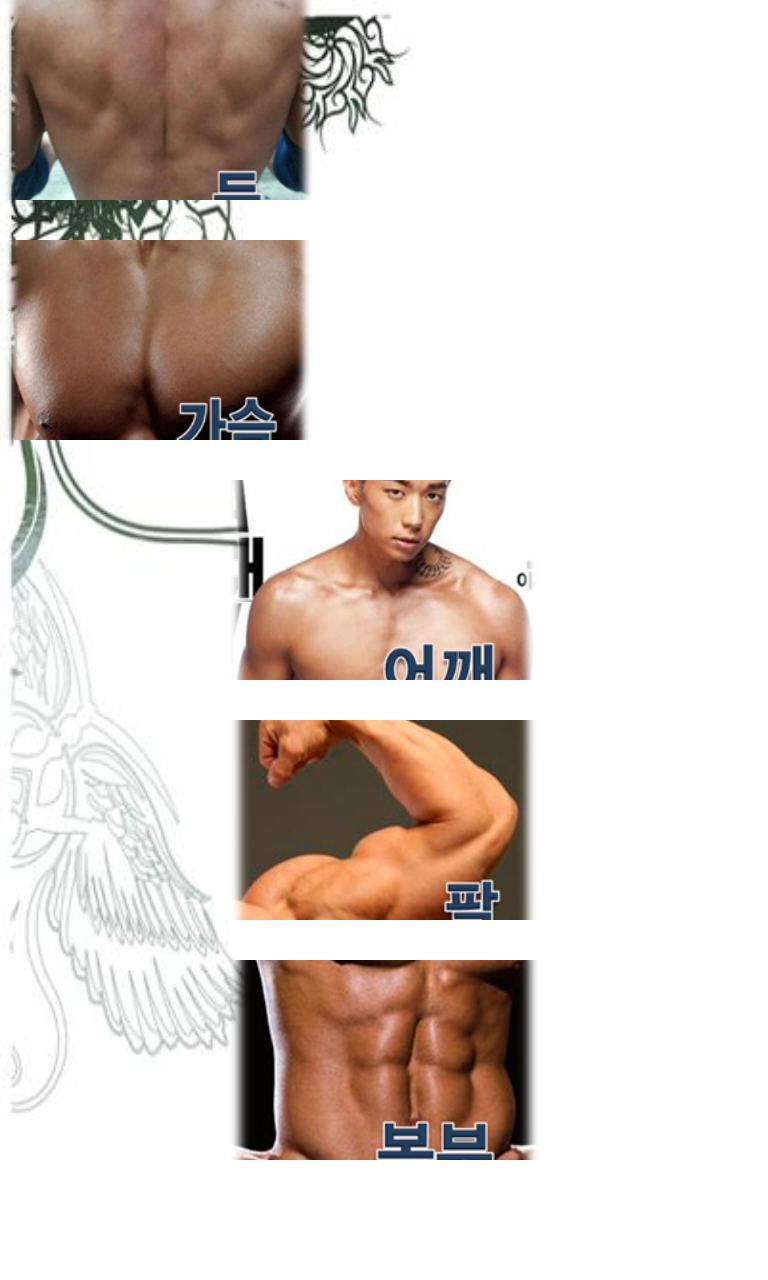
Repository: LewisLim579/2013TeamProject
Layout: PtsApp/res/layout/sangche.xml
The author's editor kept a copy of each file at every save. The layout is drawn from the files as they stood at one save, then again after the next save.
It is drawn on a 768 x 1280 px phone screen (xhdpi) without system bars, with theme android:Theme.NoTitleBar.Fullscreen; the app's code is not run.

Above is the layout before, as saved 2013-05-26 11:51:16.

After the next save:
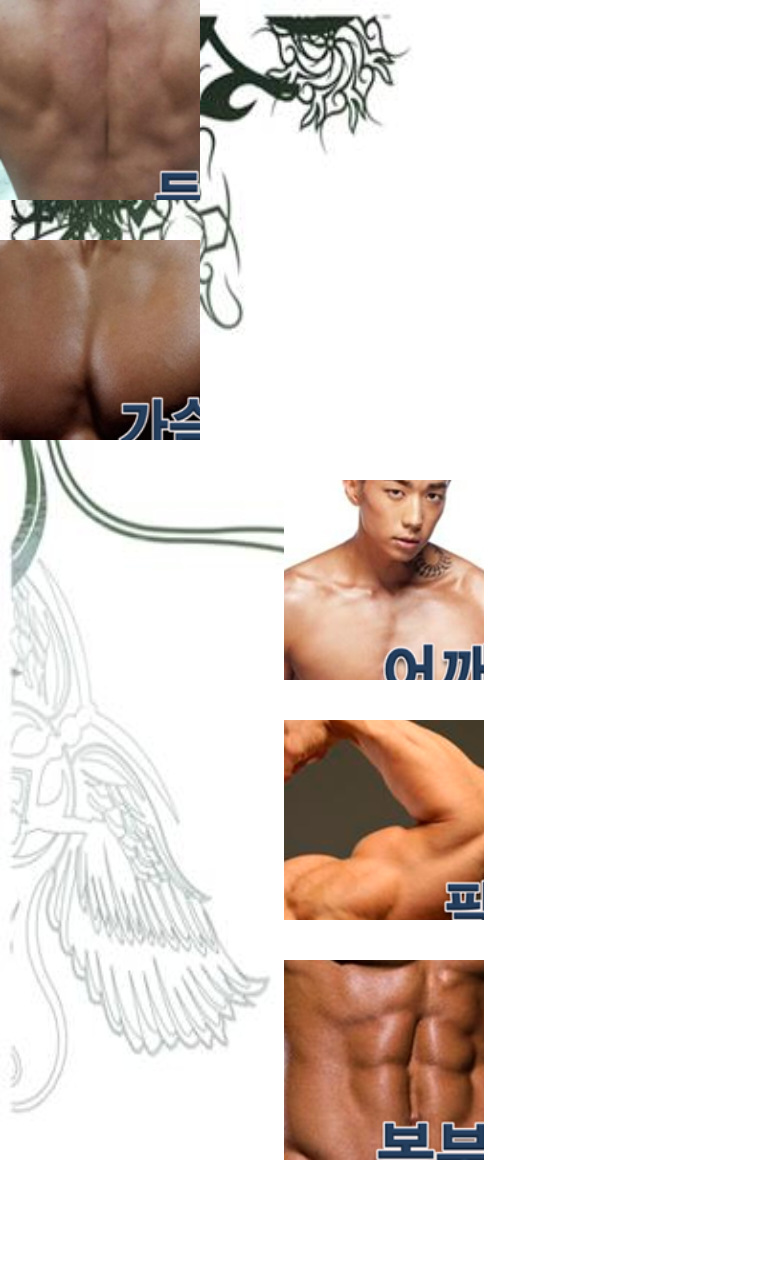
Saved 72 s later.
--- a/PtsApp/res/layout/sangche.xml
+++ b/PtsApp/res/layout/sangche.xml
@@ -12,7 +12,7 @@
 
         <ImageButton
             android:id="@+id/s1"
-            android:layout_width="match_parent"
+            android:layout_width="100dp"
             android:layout_height="100dp"
             android:layout_gravity="center"
             android:background="#00000000"
@@ -27,7 +27,7 @@
 
         <ImageButton
             android:id="@+id/s2"
-            android:layout_width="match_parent"
+            android:layout_width="100dp"
             android:layout_height="100dp"
             android:layout_gravity="center"
             android:background="#00000000"
@@ -42,7 +42,7 @@
 
         <ImageButton
             android:id="@+id/s3"
-            android:layout_width="match_parent"
+            android:layout_width="100dp"
             android:layout_height="100dp"
             android:layout_gravity="center"
             android:background="#00000000"
@@ -57,7 +57,7 @@
 
         <ImageButton
             android:id="@+id/s4"
-            android:layout_width="match_parent"
+            android:layout_width="100dp"
             android:layout_height="100dp"
             android:layout_gravity="center"
             android:background="#00000000"
@@ -72,7 +72,7 @@
 
         <ImageButton
             android:id="@+id/s5"
-            android:layout_width="match_parent"
+            android:layout_width="100dp"
             android:layout_height="100dp"
             android:layout_gravity="center"
             android:background="#00000000"
